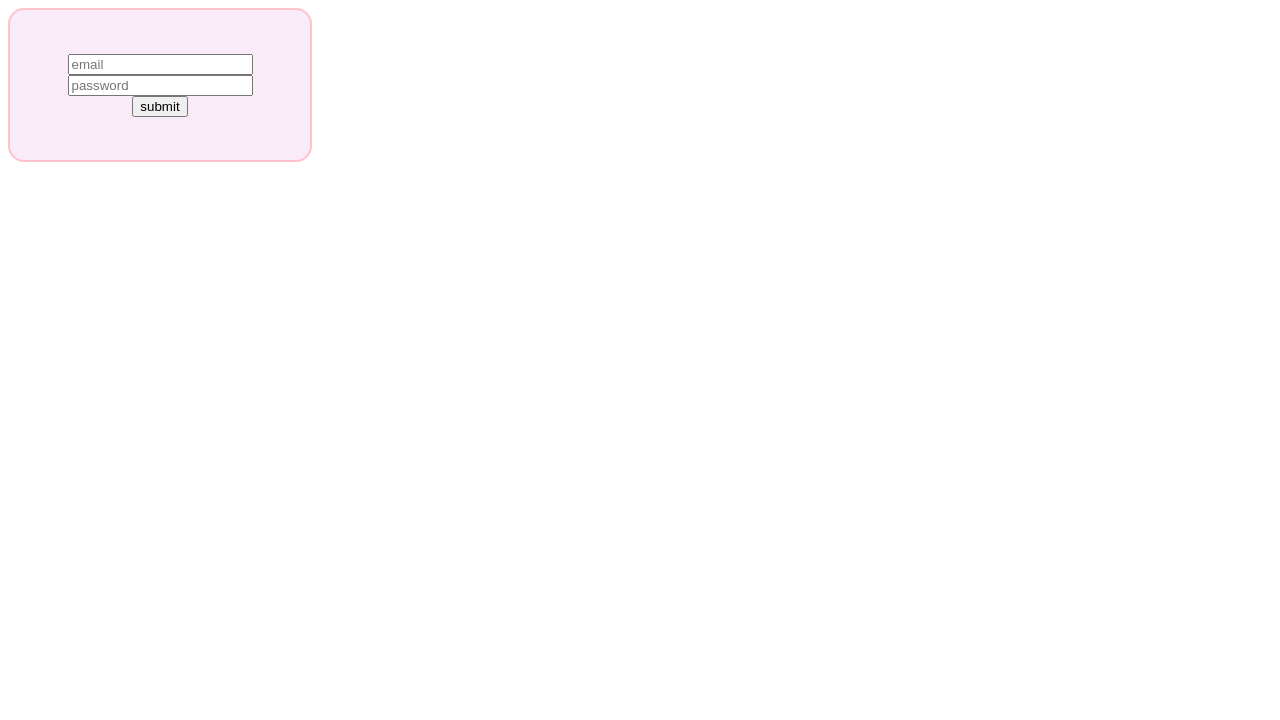
Repository: RenataDzotova/TwitterApp
Page: server/view/login.html
An editor plug-in stored every save of this project. The page is shown before and after the next save, followed by the edit.
The browser window is 1280 px wide. The pictures show the whole page.

Above is the page before, as saved 2022-12-08 23:08:44.

### server/view/login.html
<!DOCTYPE html>
<html lang="en">
<head>
    <meta charset="UTF-8">
    <title>Login</title>
    <style>
         #container {
            display: flex;
            align-items: center;
            justify-content: center;
            flex-direction: column;
            width: 300px;
            height: 150px;
            color: maroon;
            background-color: #faebf8;
            margin-left: 0px;
            border-radius: 16px;
            border: 2px solid pink;
        }

        form{
            display: flex;
            align-items: center;
            justify-content: center;
            flex-direction: column;
        }
    </style>
</head>
<body>
    <div id="container">
        <form action="/login" method="post">
            <input type="text" name="email" placeholder="email">
            <input type="text" name="password" placeholder="password">
            <button type="submit">submit</button>
        </form>
    </div>
</body>
</html>

After the next save:
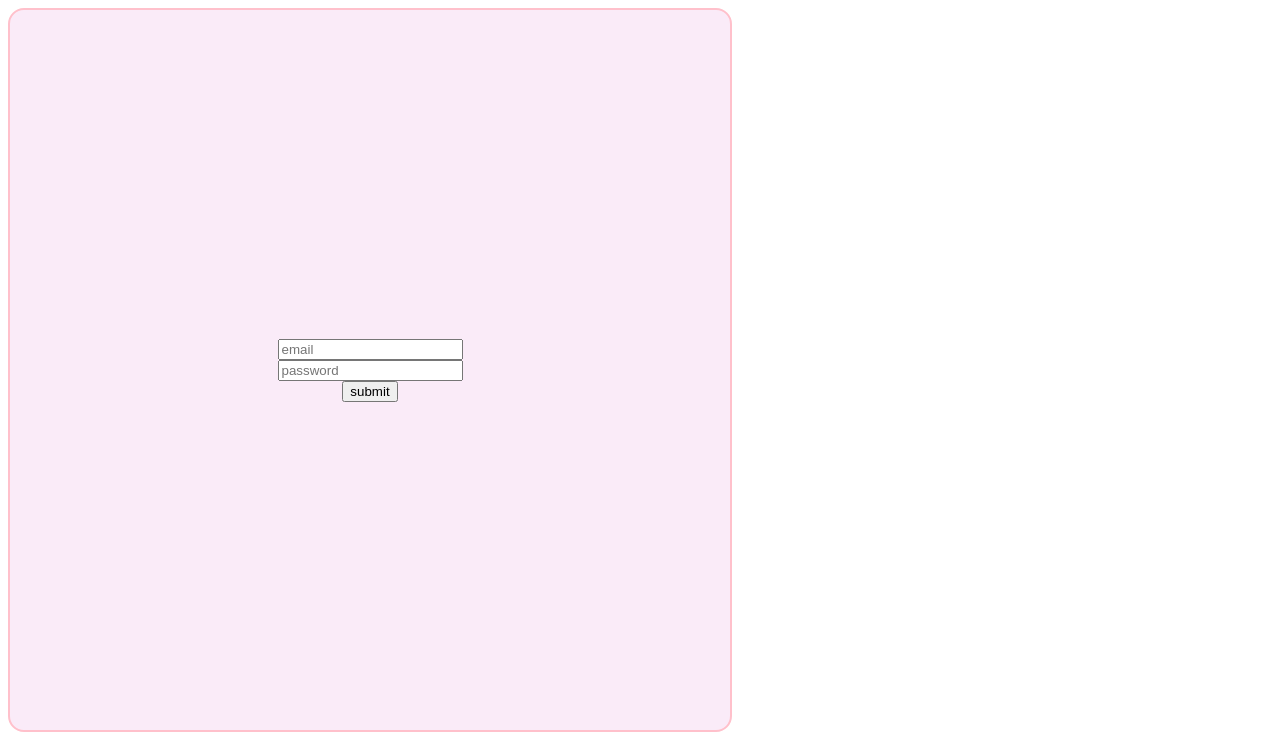
Saved 79 s later.
--- a/server/view/login.html
+++ b/server/view/login.html
@@ -18,6 +18,15 @@
             border: 2px solid pink;
         }
 
+        #container {
+            display: flex;
+            align-items: center;
+            justify-content: center;
+            flex-direction: column;
+            width: 100vh;
+            height: 100vh;
+        }
+
         form{
             display: flex;
             align-items: center;
@@ -27,12 +36,14 @@
     </style>
 </head>
 <body>
-    <div id="container">
-        <form action="/login" method="post">
-            <input type="text" name="email" placeholder="email">
-            <input type="text" name="password" placeholder="password">
-            <button type="submit">submit</button>
-        </form>
+    <div id="wrapper">
+        <div id="container">
+            <form action="/login" method="post">
+                <input type="text" name="email" placeholder="email">
+                <input type="text" name="password" placeholder="password">
+                <button type="submit">submit</button>
+            </form>
+        </div>
     </div>
 </body>
 </html>
